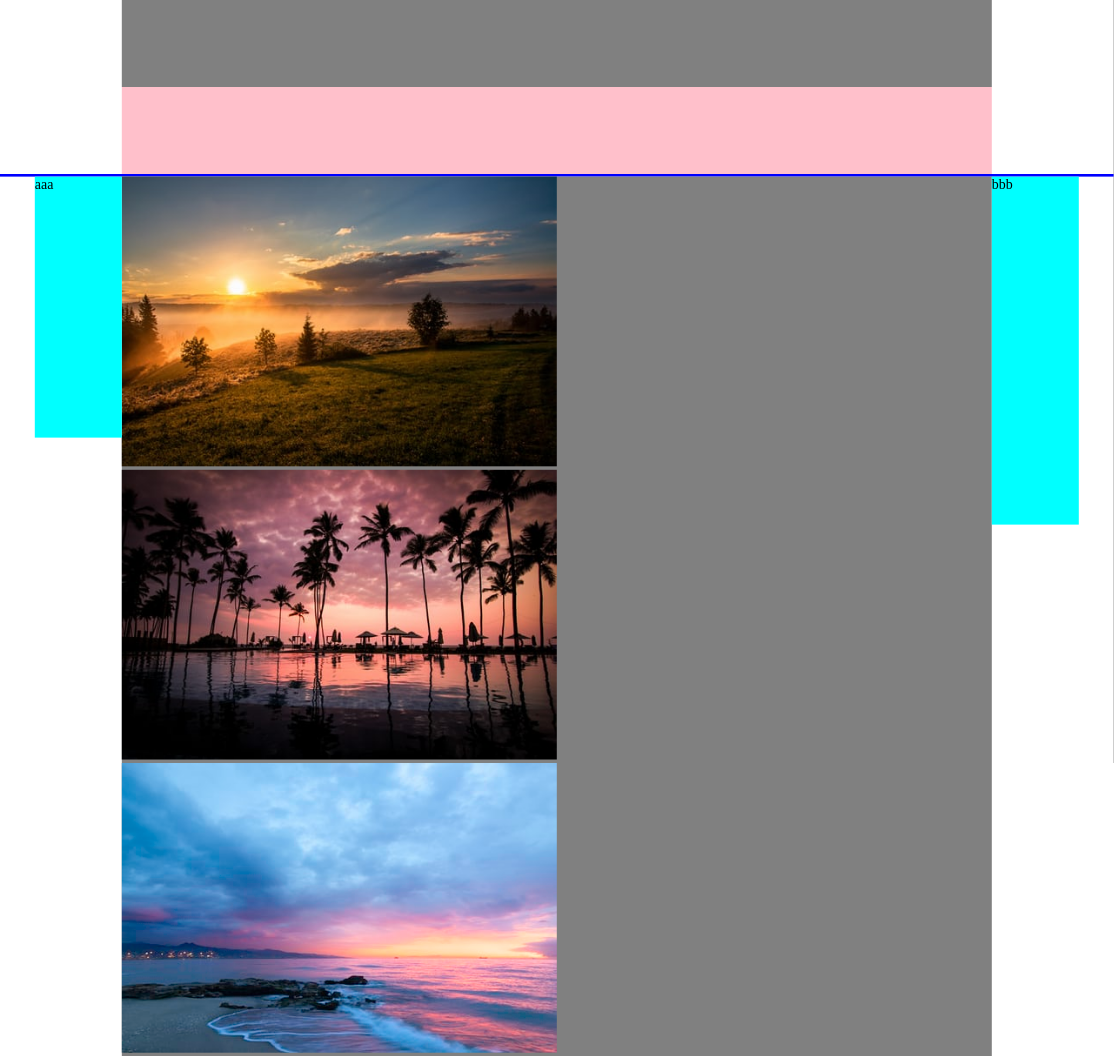
Repository: ArchivvonJang/learn_program_language
Page: webApp/WebContent/Javascript/js21_scrollBanner/img/js21_scrollBanner.html
The author's editor kept a copy of each file at every save. The page is drawn from the files as they stood at one save, then again after the next save.
The browser window is 1280 px wide. The pictures show the whole page, at 87% of full size.

Above is the page before, as saved 2021-03-04 01:07:44.

### webApp/WebContent/Javascript/js21_scrollBanner/img/js21_scrollBanner.html
<!DOCTYPE html>
<html>
<head>
<meta charset="UTF-8">
<title>Insert title here</title>
<style>
	body{
		margin:0px;
	}
	#header1, #header2{
		height:100px;
		width:1000px;
		margin:0 auto;
	}
	#header1{
		background-color:gray;
	}
	#header2{
		background-color:pink;
	}
	#bar{
		height:3px;
		background-color:blue;
	}
	#content{
		width:1000px;
		margin:0 auto;
		background-color:gray;
		position:relative;

	}

	/*배너*/
	#leftBanner, #rightBanner{
		position:absolute;
		width:100px;
		background-color:cyan;
	}
	#leftBanner{
		left:-100px;
		top:0px;/*제일 위로 올라오기*/
		height:300px;
	}
	#rightBanner{
		left:1000px;
		top:0px;
		height:400px;
	}
</style>
</head>
<body>
<div id= "header1"></div>
<div id="header2"></div>
<div id="bar"></div>
<div id="content">
	<img src="../img/sunset1.jpg"/>
	<img src="../img/sunset2.jpg"/>
	<img src="../img/sunset3.jpg"/>

	<!-- 배너 -->
	<div id="leftBanner">aaa</div>
	<div id="rightBanner">bbb</div>

	</div>
</body>
</html>

After the next save:
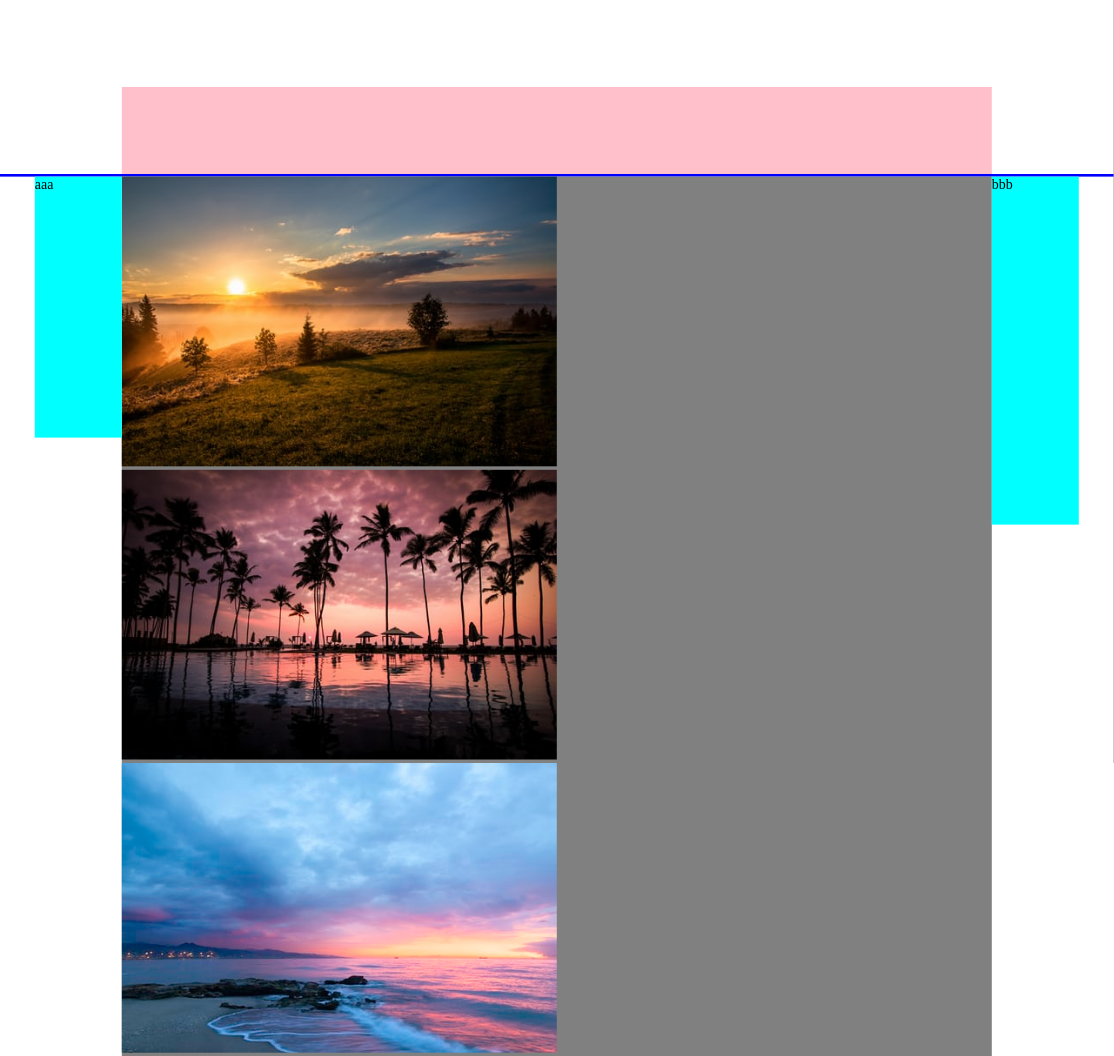
Saved 14 s later.
--- a/webApp/WebContent/Javascript/js21_scrollBanner/img/js21_scrollBanner.html
+++ b/webApp/WebContent/Javascript/js21_scrollBanner/img/js21_scrollBanner.html
@@ -13,7 +13,7 @@
 		margin:0 auto;
 	}
 	#header1{
-		background-color:gray;
+		background-color:rightblue;
 	}
 	#header2{
 		background-color:pink;
